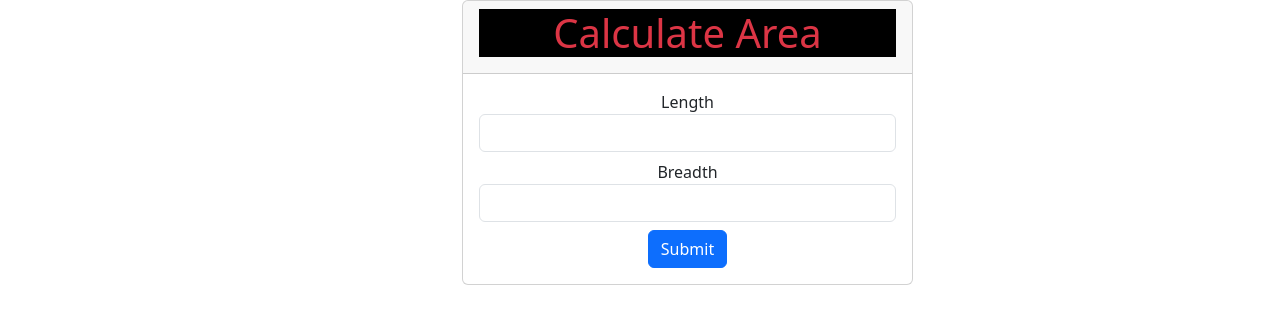
Repository: Laxman-Nath/Servlet_JSP
Page: http://localhost/Area/
The author's editor kept a copy of each file at every save. The page is drawn from the files as they stood at one save, then again after the next save.
The browser window is 1280 px wide. The pictures show the whole page.
The page is served by Tomcat 9.

Above is the page before, as saved 2024-09-02 11:07:09.

After the next save:
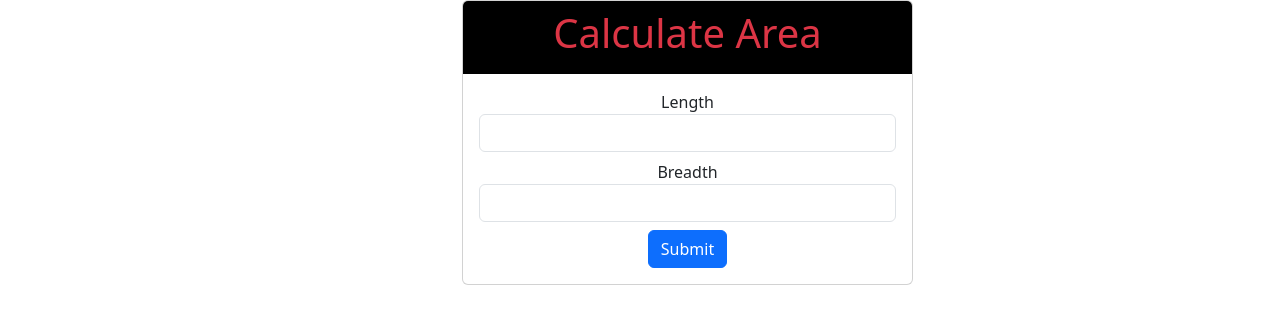
Saved 17 s later.
--- a/Area/src/main/webapp/Area.jsp
+++ b/Area/src/main/webapp/Area.jsp
@@ -16,7 +16,7 @@
 <div class="row">
 <div class="col-md-5 offset-md-4">
     <div class="card">
-    <div class="card-header"><h1 class="text-center text-danger bg-black">Calculate Area</h1></div>
+    <div class="card-header bg-black"><h1 class="text-center text-danger ">Calculate Area</h1></div>
     <div class="card-body text-center">
 	<form action="AreaServlet" method="post">
 		<div class="mb-2">
